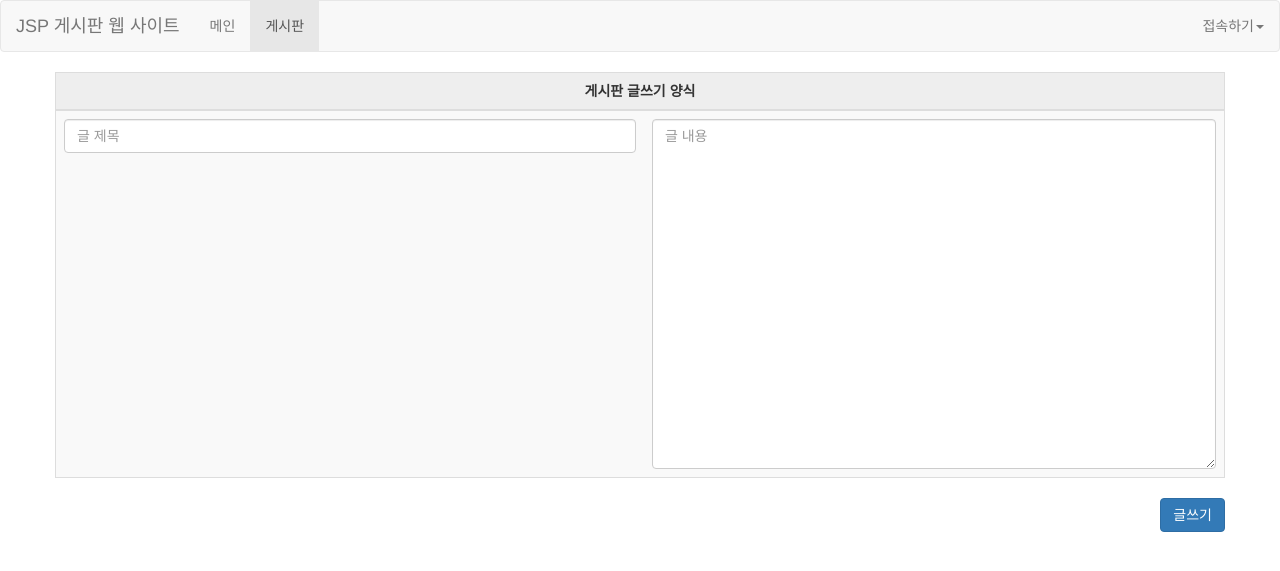
Repository: jsj961/bulletin-board-system
Page: http://localhost/BBS/view.jsp
The author's editor kept a copy of each file at every save. The page is drawn from the files as they stood at one save, then again after the next save.
The browser window is 1280 px wide. The pictures show the whole page.
Some web libraries are served in a nearby version. The page is served by Tomcat 9. Other server files are loaded and not shown.

Above is the page before, as saved 2021-07-01 06:11:48.

### BBS/src/main/webapp/view.jsp
<%@ page language="java" contentType="text/html; charset=UTF-8"
    pageEncoding="UTF-8"%>
<%@ page import="java.io.PrintWriter" %>
<!DOCTYPE html>
<html>
<head>
<meta charset="UTF-8">
<meta name="viewport" content="width=device-width", initial-scale="1">
<link rel="stylesheet" href="css/bootstrap.css">
<title>JSP 게시판 웹 사이트</title>
</head>
<body>
	<%
		String userID = null;
		if(session.getAttribute("userID") != null) {
			userID = (String) session.getAttribute("userID");
		}
	%>
	<nav class="navbar navbar-default">
		<div class="navbar-header">
			<button type="button" class="navbar-toggle collasped"
				data-toggle="collapse" data-target="#bs-example-navbar-collaspe-1"
				aria-expanded="false">
				<span class="icon-bar"></span>
				<span class="icon-bar"></span>
				<span class="icon-bar"></span>
			</button>
			<a class="navbar-brand" href="main.jsp">JSP 게시판 웹 사이트</a>
		</div>
		<div class="collapse navbar-collapse" id="bs-example-navbar-collapse-1">
			<ul class="nav navbar-nav">
				<li><a href="main.jsp">메인</a></li>
				<li class="active"><a href="bbs.jsp">게시판</a></li>
			</ul>
			<%
				if(userID == null) {
			%>
			<ul class="nav navbar-nav navbar-right">
				<li class="dropdown">
					<a href="#" class="dropdown-toggle"
					 	data-toggle="dropdown" role="button" aria-haspopup="true"
					 	aria-expanded="false">접속하기<span class="caret"></span></a>
				 	<ul class="dropdown-menu">
				 		<li><a href="login.jsp">로그인</a></li>
				 		<li><a href="join.jsp">회원가입</a></li>
				 	</ul>
				</li>
			</ul>
			<%
				} else {
			%>
			<ul class="nav navbar-nav navbar-right">
				<li class="dropdown">
					<a href="#" class="dropdown-toggle"
					 	data-toggle="dropdown" role="button" aria-haspopup="true"
					 	aria-expanded="false">회원관리<span class="caret"></span></a>
				 	<ul class="dropdown-menu">
				 		<li><a href="logoutAction.jsp">로그아웃</a></li>
				 	</ul>
				</li>
			</ul>
			<%
				}
			%>
		</div>
	</nav>
	<div class="container">
		<div class="row">
			<table class="table table-striped" style="text-align: center; border: 1px solid #dddddd">
				<thead>
					<tr>
						<th colspan="2" style="background-color: #eeeeee; text-align: center;">게시판 글쓰기 양식</th>
					</tr>
				</thead>
				<tbody>
					<tr>
						<td><input type="text" class="form-control" placeholder="글 제목" name="bbsTitle" maxlength="50"></td>
						<td><textarea type="text" class="form-control" placeholder="글 내용" name="bbsContent" maxlength="2048" style="height: 350px;"></textarea></td>
					</tr>
				</tbody>
			</table>
			<a href="write.jsp" class="btn btn-primary pull-right">글쓰기</a>
		</div>
	</div>
	<script src="https://ajax.googleapis.com/ajax/libs/jquery/3.2.1/jquery.min.js"></script>
	<script src="js/bootstrap.js"></script>

</body>
</html>

Loaded but not shown: BBS/src/main/webapp/css/bootstrap.css (library); BBS/src/main/webapp/js/bootstrap.js (library)

After the next save:
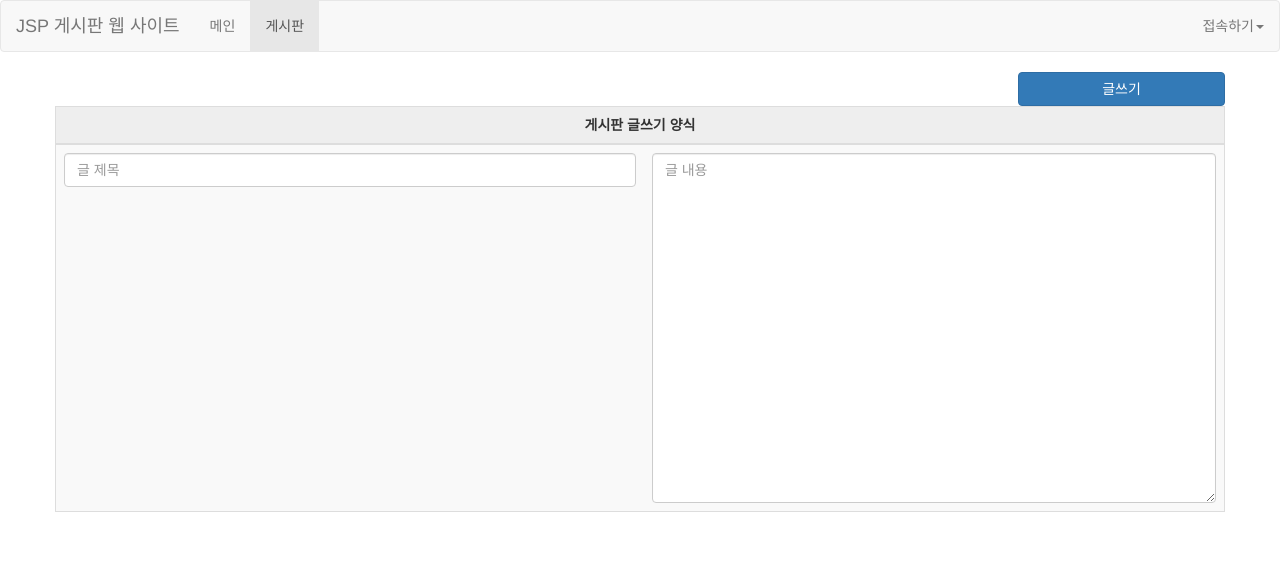
Saved 49 s later.
--- a/BBS/src/main/webapp/view.jsp
+++ b/BBS/src/main/webapp/view.jsp
@@ -78,8 +78,8 @@
 						<td><textarea type="text" class="form-control" placeholder="글 내용" name="bbsContent" maxlength="2048" style="height: 350px;"></textarea></td>
 					</tr>
 				</tbody>
+				<input type="sumbit" class="btn btn-primary pull-right" value="글쓰기"></a>
 			</table>
-			<a href="write.jsp" class="btn btn-primary pull-right">글쓰기</a>
 		</div>
 	</div>
 	<script src="https://ajax.googleapis.com/ajax/libs/jquery/3.2.1/jquery.min.js"></script>
